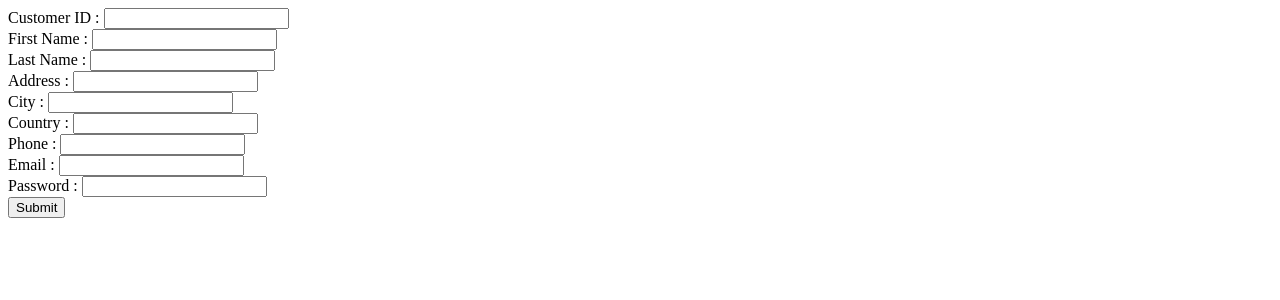
Repository: hassaanbk/CruiseBookingAndManaging
Page: http://localhost/home
These files come from the project's save history. The page is drawn as it stood at one moment and after the next save; the edit follows.
The browser window is 1280 px wide. The pictures show the whole page.
The page is this project's Thymeleaf template; nobody is signed in. The template is opened directly, without the code that normally fills it, so the values that code supplies are empty.

Above is the page before, as saved 2022-12-12 01:28:31.

### CustomerMicroService/src/main/resources/templates/home.html
<!DOCTYPE html>

<html xmlns:th="http://www.thymeleaf.org">

<head>

<meta charset="ISO-8859-1">

<title>Insert title here</title>

</head>

<body>

      <form action="register" method="POST">

      Customer ID : <input type="text" name="custId"/> </br>

      First Name : <input type="text" name="firstName"/></br>

      Last Name : <input type="text" name="lastName"/></br>

      Address : <input type="text" name="address"/></br>

      City : <input type="text" name="city"/></br>

      Country : <input type="text" name="country"/></br>

      Phone : <input type="text" name="phone"/></br>

      Email : <input type="text" name="email"/></br>

      Password : <input type="password" name="password"/></br>

      <input type="submit" name="Add Employee"/>

      </form>

      <form action="login" method="POST">

	  </form>

</body>

</html>

After the next save:
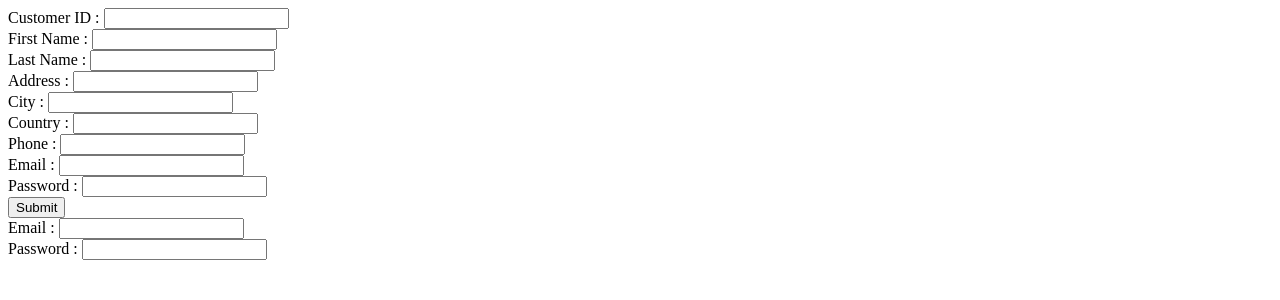
Saved 56 s later.
--- a/CustomerMicroService/src/main/resources/templates/home.html
+++ b/CustomerMicroService/src/main/resources/templates/home.html
@@ -28,7 +28,7 @@
 
       Phone : <input type="text" name="phone"/></br>
 
-      Email : <input type="text" name="email"/></br>
+      Email : <input type="email" name="email"/></br>
 
       Password : <input type="password" name="password"/></br>
 
@@ -38,6 +38,10 @@
 
       <form action="login" method="POST">
 
+      Email : <input type="email" name="email"/></br>
+
+      Password : <input type="password" name="password"/></br>
+
 	  </form>
 
 </body>
